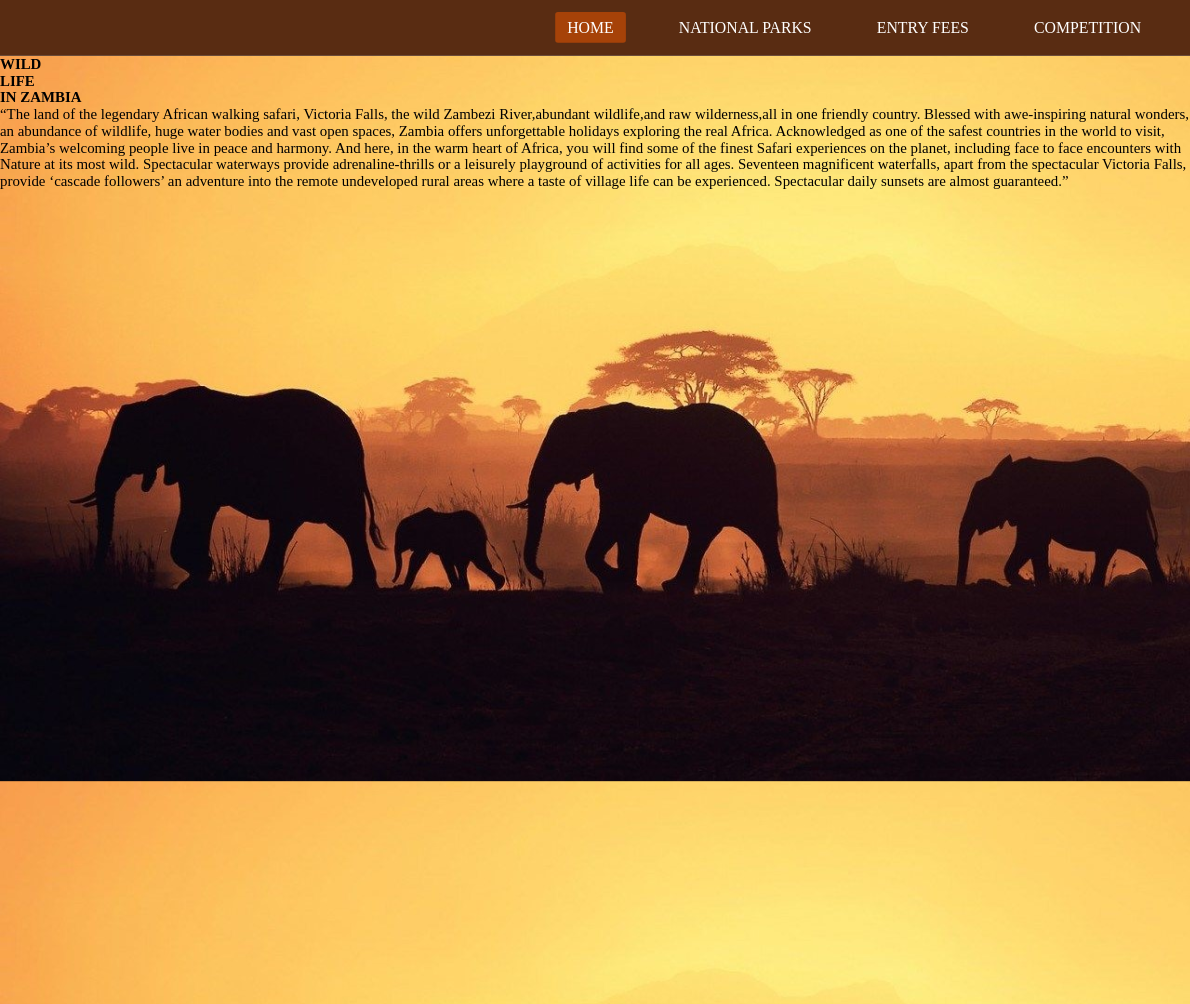
Repository: Lungdjos/web_assignment_3rd_yr
Page: home/index.html
The author's editor kept a copy of each file at every save. The page is drawn from the files as they stood at one save, then again after a run of saves.
The browser window is 1280 px wide. The pictures show the whole page, at 93% of full size.
Some web libraries are served in a nearby version.

Above is the page before, as saved 2021-06-18 15:09:58.

### home/index.html
<!DOCTYPE html>
<html lang="en">

<head>
    <meta charset="UTF-8">
    <meta http-equiv="X-UA-Compatible" content="IE=edge">
    <meta name="viewport" content="width=device-width, initial-scale=1.0">
    <link rel="stylesheet" href="index.css">


    <title>Home</title>
    <script src="https://kit.fontawesome.com/a076d05399.js"></script>
</head>

<body>
    <nav>
        <input type="checkbox" id="check">
        <label for="check" class="checkbtn">
            <i class="fas fa-bars"></i>
        </label>
        <label class="logo">  </label>

        <ul>
            <li><a class="active" href="#">Home</a></li>
            <li><a class="dropdown" href="#">National Parks</a>
                <ul class="drop">
                    <li>
                        <a href="/national parks/lower_zambezi/Lower_Zambezi.html">Lower Zambezi</a>
                    </li>
                    <li>
                        <a href="/national parks/mosi-oa-tunia/Mosi-oa-Tunya.html">Mosi oa Tunia</a>
                    </li>
                    <li>
                        <a href="/national parks/south_luangwa/South_Luangwa.html">South Luangwa</a>
                    </li>
                    <li>
                        <a href="/national parks/north_luangwa/North_Luangwa.html">North Luangwa</a>
                    </li>
                </ul>
            </li>
            <li><a href="/entry fee/entry_fee.html">Entry Fees</a></li>
            <li><a href="/competition/competition.html">Competition</a></li>

        </ul>
    </nav>
    <div>
        <section>
            <div>
                <p class="welcome">
                    <strong id="01">WILD</strong><br>
                    <strong id="02">LIFE</strong><br>
                    <strong id="03">IN ZAMBIA</strong>
                </p>
            </div>
            <div>
                <p>
                    <q>The land of the legendary African walking safari, Victoria Falls, the wild Zambezi River,abundant wildlife,and raw wilderness,all in one friendly country. <b></b>Blessed with awe-inspiring natural wonders, an abundance of wildlife,
                    huge water bodies and vast open spaces, Zambia offers unforgettable holidays exploring the real Africa. Acknowledged as one of the safest countries in the world to visit, Zambia’s welcoming people live in peace and harmony. And here,
                    in the warm heart of Africa, you will find some of the finest Safari experiences on the planet, including face to face encounters with Nature at its most wild. Spectacular waterways provide adrenaline-thrills or a leisurely playground
                    of activities for all ages. Seventeen magnificent waterfalls, apart from the spectacular Victoria Falls, provide ‘cascade followers’ an adventure into the remote undeveloped rural areas where a taste of village life can be experienced.
                    Spectacular daily sunsets are almost guaranteed.</q></p>
            </div>

        </section>
    </div>


</body>

</html>

### home/index.css
    * {
        padding: 0;
        margin: 0;
        text-decoration: none;
        box-sizing: border-box;
    }

    body {
        font-family: montserrat;
    }

    nav {
        background: #592C12;
        height: 60px;
        width: 100%;
    }

    label.logo {
        color: white;
        font-size: 35;
        line-height: 60px;
        padding: 0 100px;
        font-weight: bold;
    }

    nav ul {
        float: right;
        margin-right: 20px;
    }

    nav ul li {
        display: inline-block;
        line-height: 60px;
        margin: 0 20px;
    }

    nav ul li a {
        color: white;
        font-size: 17px;
        padding: 7px 13px;
        border-radius: 3px;
        text-transform: uppercase;
    }

    a.active,
    a:hover {
        background: #A64208;
        transition: 0.5s;
    }

    .checkbtn {
        font-size: 30px;
        color: white;
        float: right;
        line-height: 60px;
        margin-right: 40px;
        cursor: pointer;
        display: none;
    }

    #check {
        display: none;
    }

    @media (max-width: 1080px) {
        label.logo {
            font-size: 30px;
            padding-left: 50px;
        }
        nav ul li a {
            font-size: 16px;
        }
    }

    @media (max-width: 1080px) {
        .checkbtn {
            display: block;
        }
        ul {
            position: fixed;
            width: 100%;
            height: 100vh;
            background: #592C12;
            top: 80px;
            left: -100%;
            text-align: center;
            transition: all 0.5s;
        }
        nav ul li {
            display: block;
            margin: 50px 0;
            line-height: 20px;
        }
        nav ul li a {
            font-size: 20px;
            font-family: Arial, Helvetica, sans-serif;
        }
        a:hover,
        a.active {
            background: none;
            color: #F2D1B3;
        }
        #check:checked~ul {
            left: 0;
        }
    }

    section {
        background: url(/assets/images/elephants.jpg);
        background-size: no repeat;
        height: calc(150vh - 60px);
    }
    /**New Content Added*/

    nav ul li ul a {
        display: block;
        padding: 0 15px;
        color: white;
        text-decoration: none;
    }

    nav ul li:hover>ul {
        display: block;
    }

    nav ul ul {
        position: absolute;
        top: 30px;
        list-style-type: none;
        line-height: 60px;
    }

    nav ul ul li {
        display: none;
    }

    nav ul ul a {
        width: 100%;
        float: none;
        display: list-item;
        position: relative;
    }

    nav ul ul li a {
        display: list-item;
        list-style-type: none;
        position: inherit;
    }
    /**Wild Life Formatting*/

    strong#01 {
        font-size: 100px;
        font-family: Arial, Helvetica, sans-serif;
    }

    strong#02 {
        margin-left: 100px;
    }

After the next 2 saves:
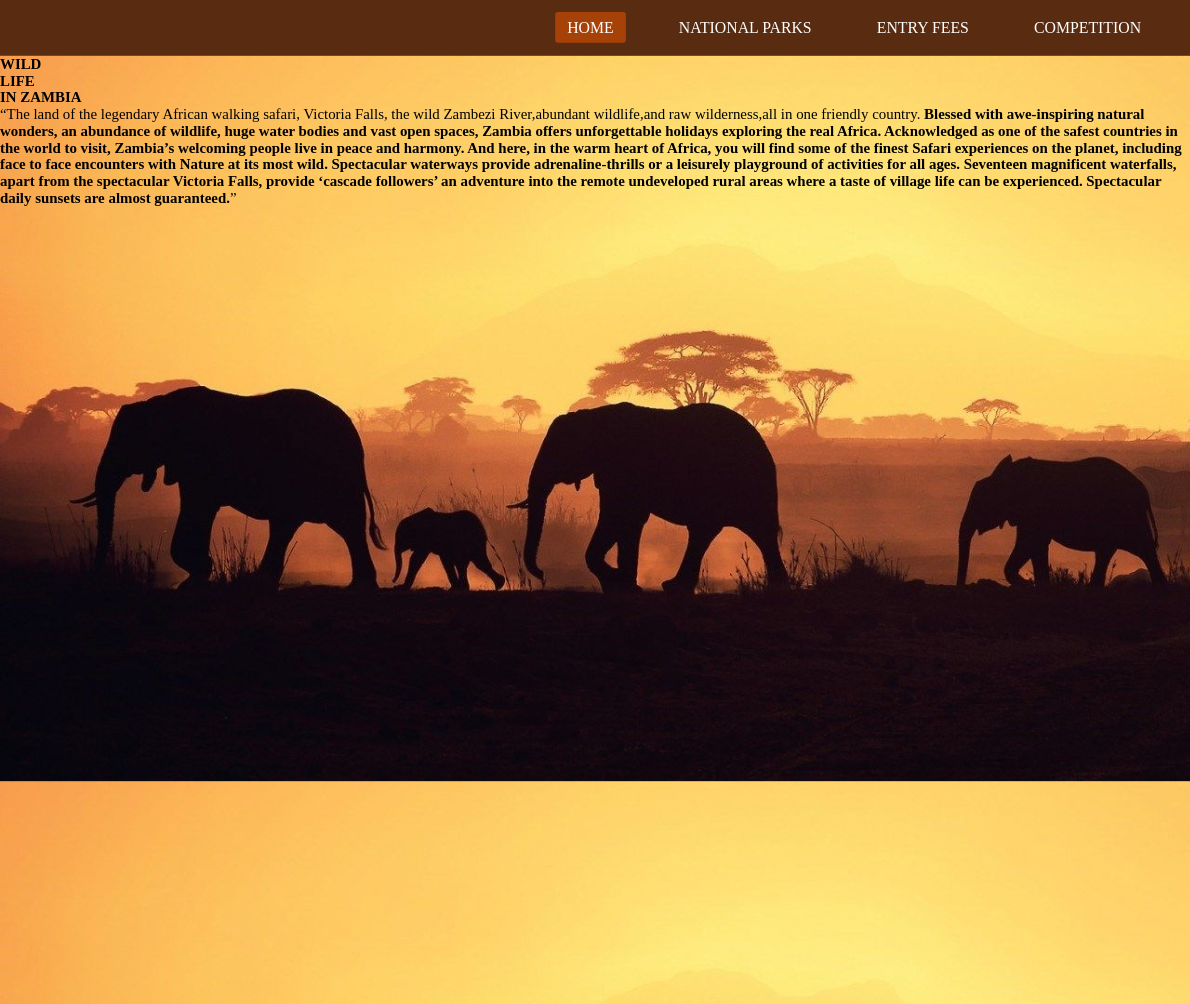
The 2 saves are shown as one change because they came seconds apart.
The last was saved 6 s later.
--- a/home/index.html
+++ b/home/index.html
@@ -54,7 +54,7 @@
             </div>
             <div>
                 <p>
-                    <q>The land of the legendary African walking safari, Victoria Falls, the wild Zambezi River,abundant wildlife,and raw wilderness,all in one friendly country. <b></b>Blessed with awe-inspiring natural wonders, an abundance of wildlife,
+                    <q>The land of the legendary African walking safari, Victoria Falls, the wild Zambezi River,abundant wildlife,and raw wilderness,all in one friendly country. <b>Blessed with awe-inspiring natural wonders, an abundance of wildlife,
                     huge water bodies and vast open spaces, Zambia offers unforgettable holidays exploring the real Africa. Acknowledged as one of the safest countries in the world to visit, Zambia’s welcoming people live in peace and harmony. And here,
                     in the warm heart of Africa, you will find some of the finest Safari experiences on the planet, including face to face encounters with Nature at its most wild. Spectacular waterways provide adrenaline-thrills or a leisurely playground
                     of activities for all ages. Seventeen magnificent waterfalls, apart from the spectacular Victoria Falls, provide ‘cascade followers’ an adventure into the remote undeveloped rural areas where a taste of village life can be experienced.
